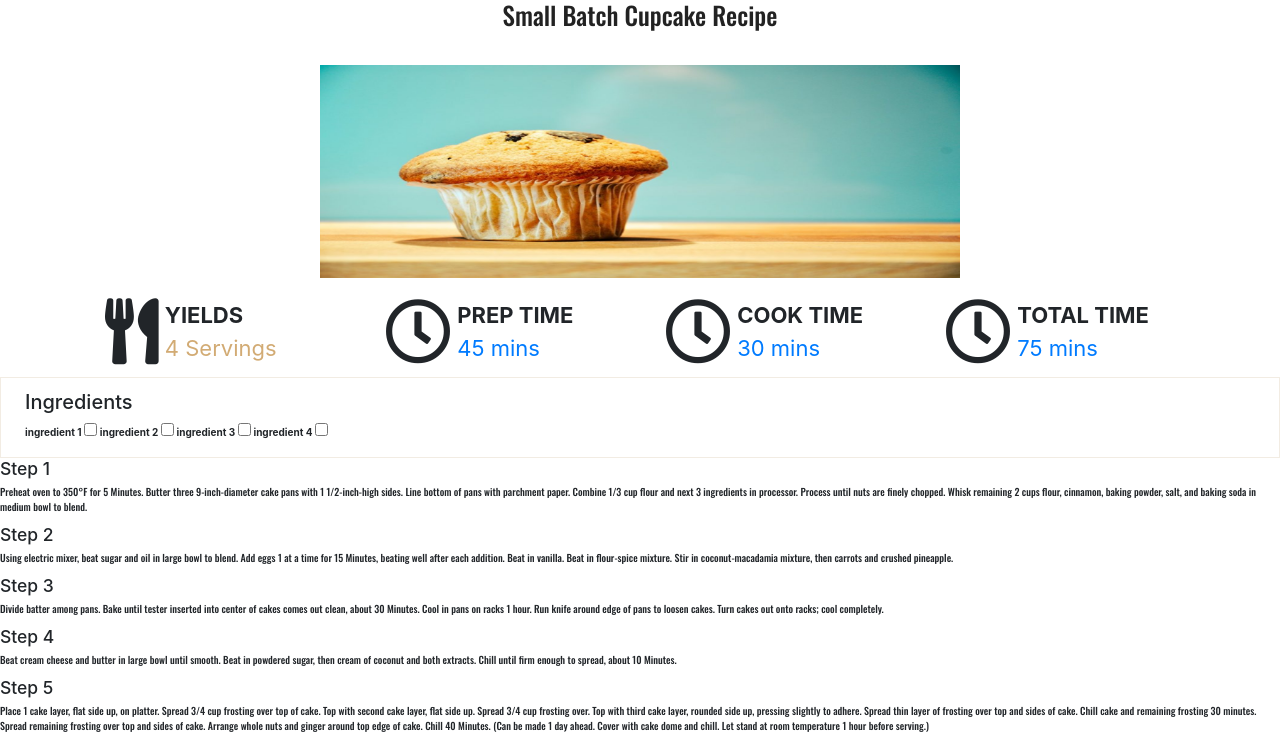
Repository: pauldardis/cookbook
Page: recipe.html
The author's editor kept a record of every edit. The page is drawn from the files as they stood at one moment, then again after the next edit.
The browser window is 1280 px wide. The pictures show the whole page.
Some web libraries are served in a nearby version.

Above is the page before.

After the next edit:
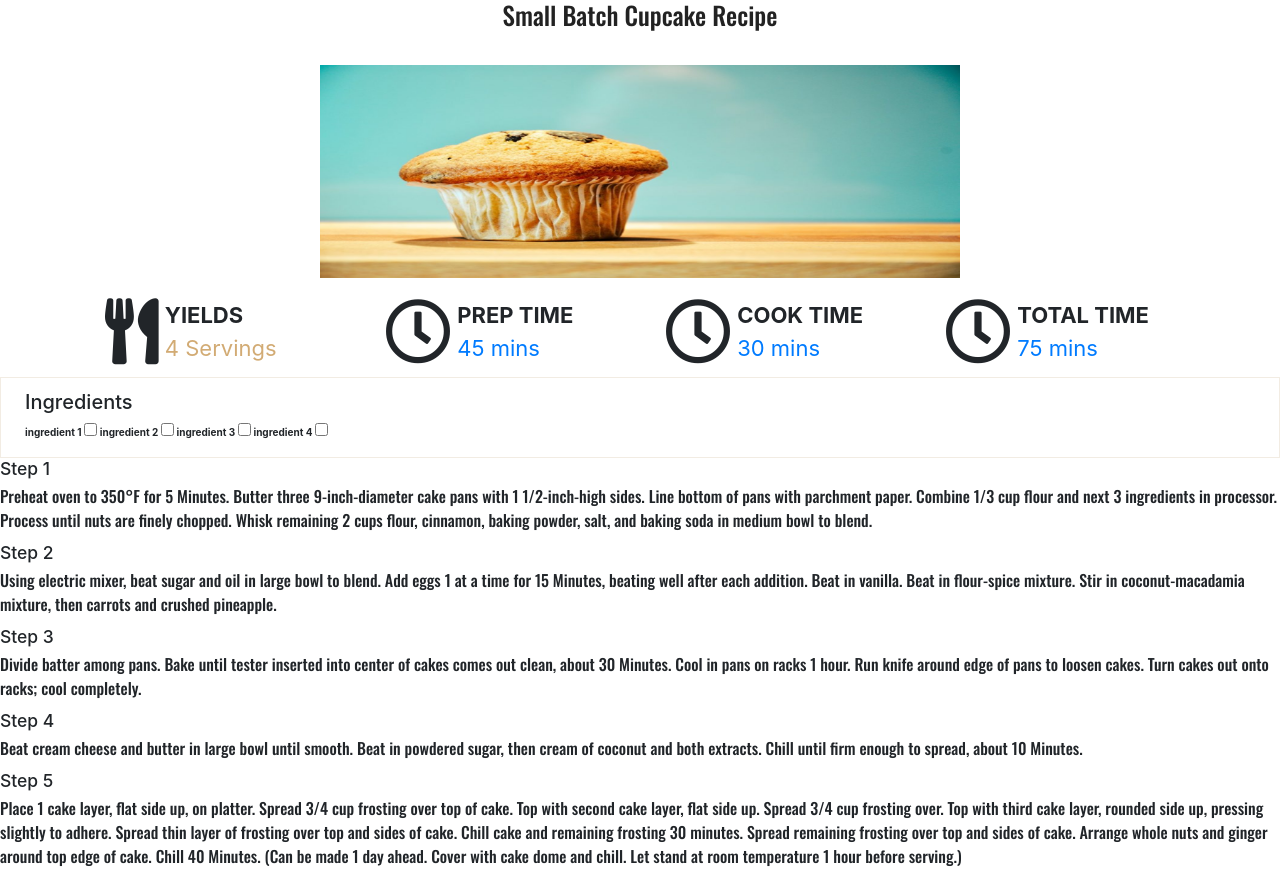
The edit:
--- a/assits/css/style.css
+++ b/assits/css/style.css
@@ -131,3 +131,5 @@
 .recipe_steps_text{
     font-weight: 500;
     font-family: 'Oswald', sans-serif;
+    font-size: medium;
+}
